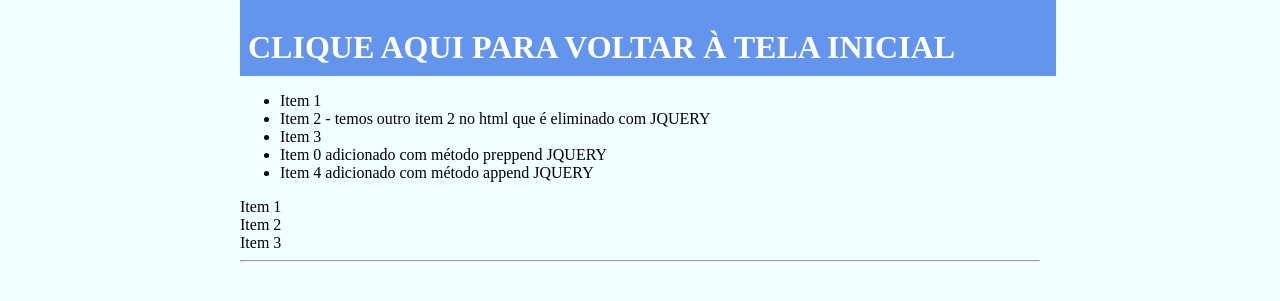
Repository: 2001mariana/jquery
Page: add-and-remove-html-elements.html
An editor plug-in stored every save of this project. The page is shown before and after the next save, followed by the edit.
The browser window is 1280 px wide. The pictures show the whole page.

Above is the page before, as saved 2022-08-04 15:40:36.

After the next save:
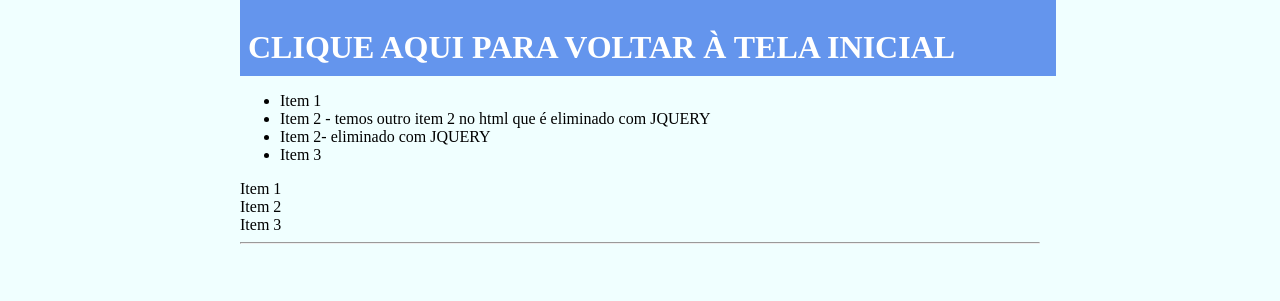
Console error: TypeError: $(...).preppend is not a function
Saved 5 s later.
--- a/add-and-remove-html-elements.html
+++ b/add-and-remove-html-elements.html
@@ -9,7 +9,7 @@
 		<script>
 
 			$(document).ready(() => {
-				$('#lista1').append('<li>Item 0 adicionado com método preppend JQUERY</li>')
+				$('#lista1').preppend('<li>Item 0 adicionado com método preppend JQUERY</li>')
 				$('#lista1').append('<li>Item 4 adicionado com método append JQUERY</li>')
 				$('.item2-eliminado').remove()
 

After the 2 saves that followed:
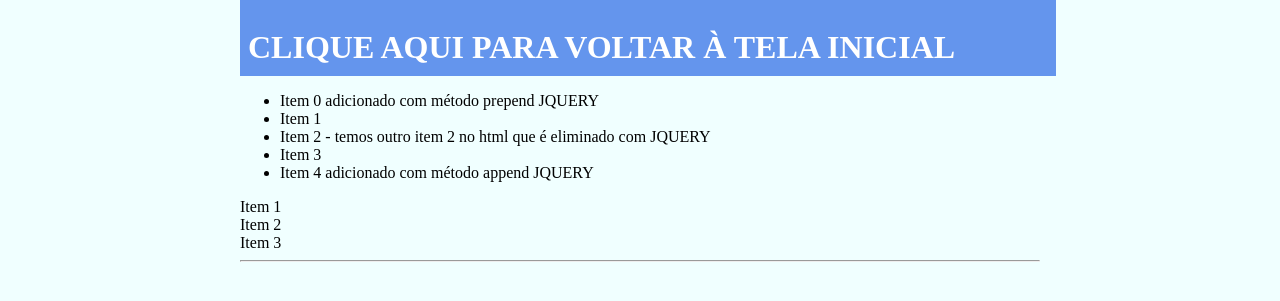
The error is gone.
The 2 saves are shown as one change because they came seconds apart.
The last was saved 18 s later.
--- a/add-and-remove-html-elements.html
+++ b/add-and-remove-html-elements.html
@@ -9,7 +9,7 @@
 		<script>
 
 			$(document).ready(() => {
-				$('#lista1').preppend('<li>Item 0 adicionado com método preppend JQUERY</li>')
+				$('#lista1').prepend('<li>Item 0 adicionado com método prepend JQUERY</li>')
 				$('#lista1').append('<li>Item 4 adicionado com método append JQUERY</li>')
 				$('.item2-eliminado').remove()
 
